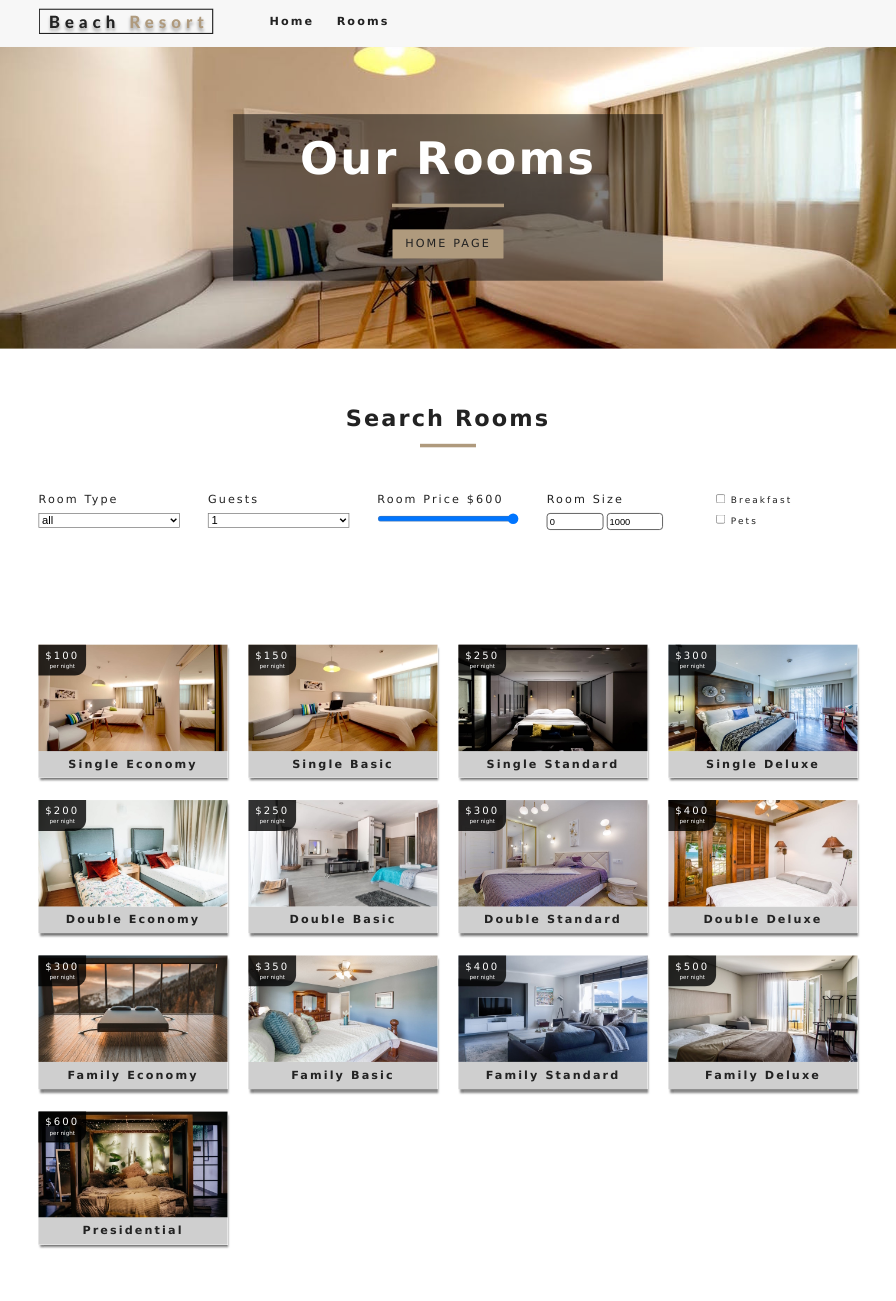
Repository: sanchit01garg/react-beachResort
Page: /rooms
The author's editor kept a copy of each file at every save. The page is drawn from the files as they stood at one save, then again after the next save.
The browser window is 1280 px wide. The pictures show the whole page, at 70% of full size.
The project was rebuilt for these pictures with package versions that can differ from the ones it lists, and the page was loaded fresh each time. Also part of the build but not shown: src/components/Services.js, src/components/FeaturedRooms.js, src/pages/Home.js, src/pages/Error.js, src/components/StyledHero.js, src/pages/SingleRoom.js.

Above is the page before, as saved 2021-01-09 02:19:09.

After the next save:
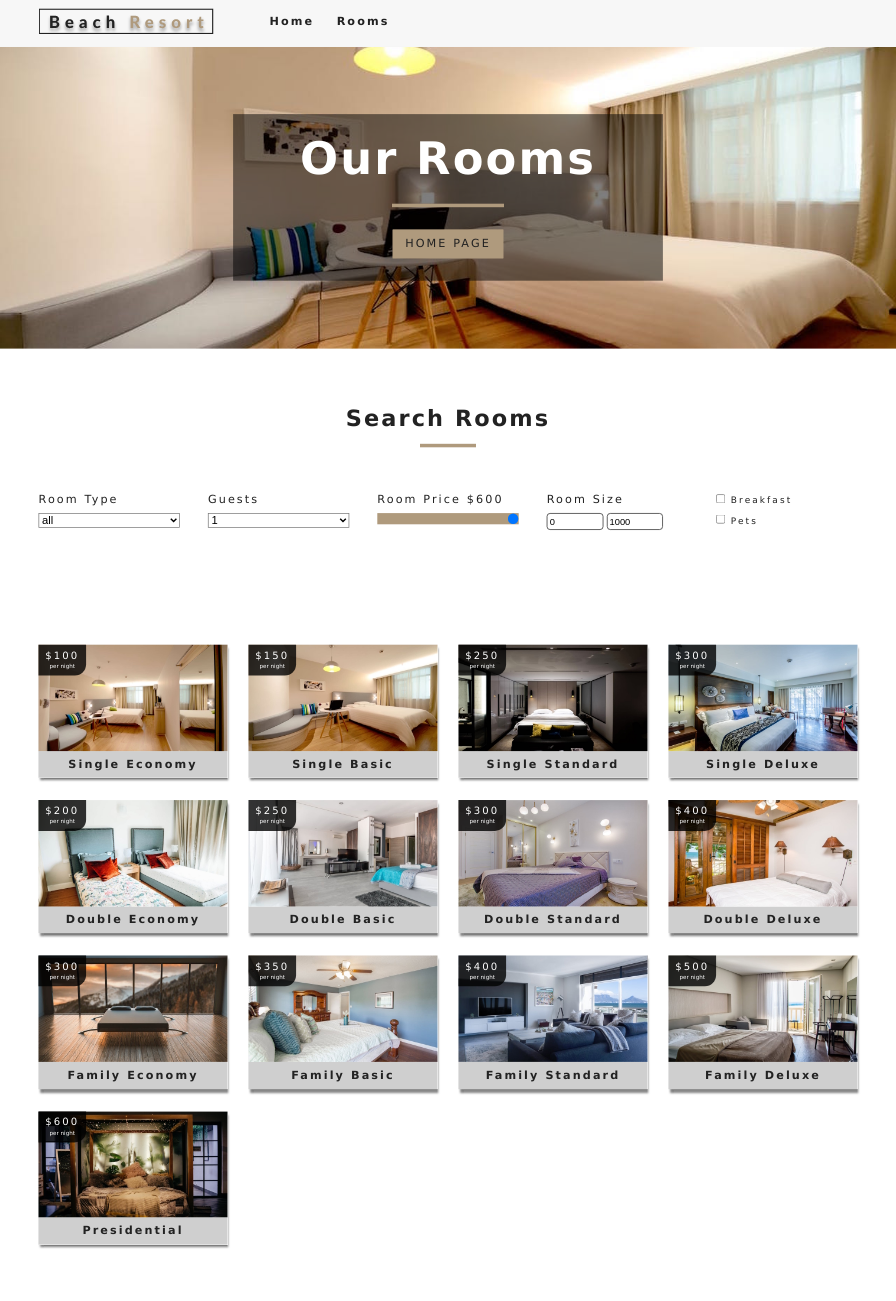
Saved 79 s later.
--- a/src/App.css
+++ b/src/App.css
@@ -485,6 +485,8 @@ h6 {
   font-size: 1rem;
 }
 .slider {
+  -webkit-appearance: none; /* Override default CSS styles */
+  appearance: none;
   background: #af9a7d;
   outline: none;
 }
